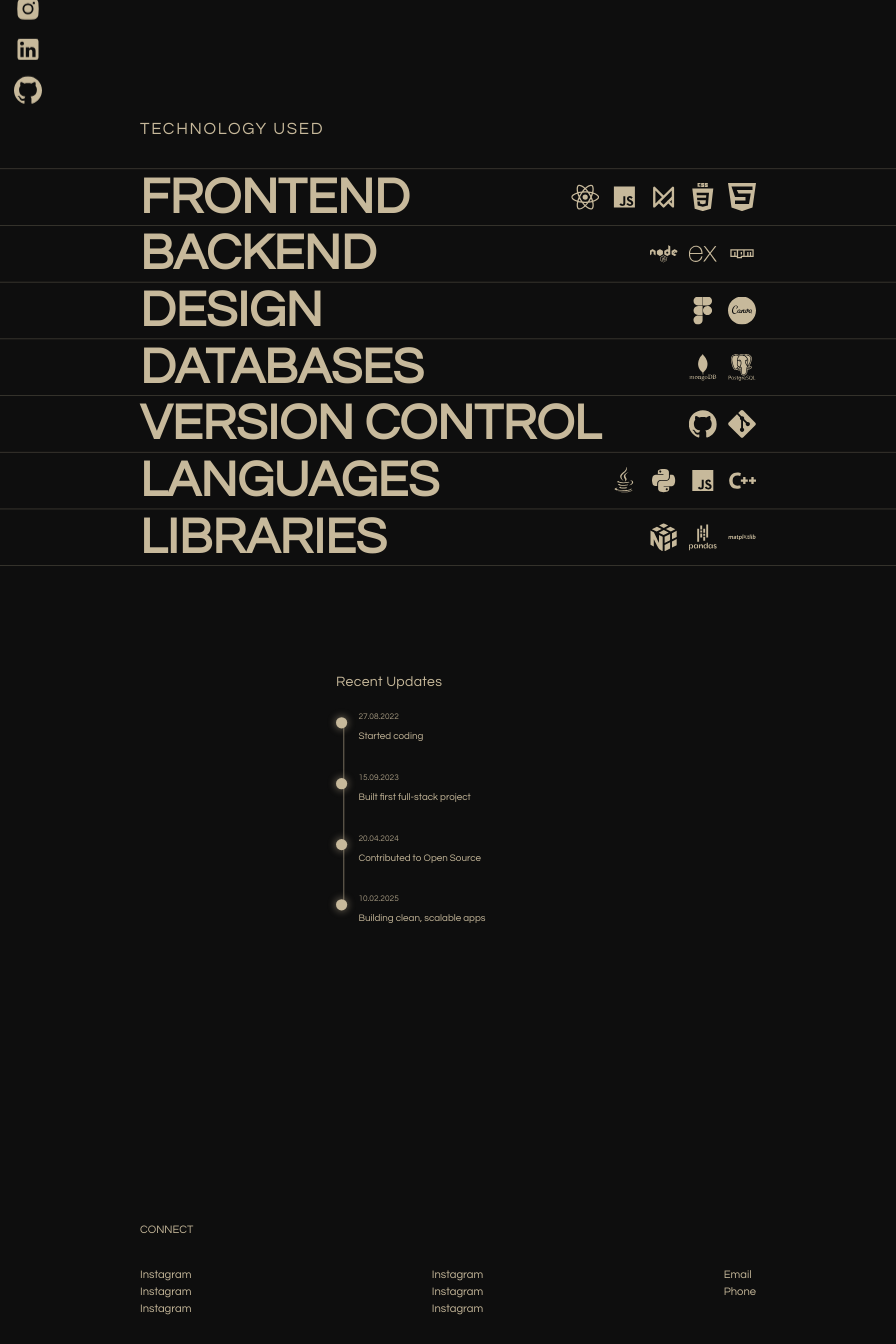
Repository: divyamGNH/DivyamPF
Page: /about
An editor plug-in stored every save of this project. The page is shown before and after the next save, followed by the edit.
The browser window is 1280 px wide. The pictures show the part of the page from y = 552 to 2472 px (the page is 2472 px tall), at 70% of full size.
Pictures or frames that could not be fetched are drawn as grey boxes. The project was rebuilt for these pictures with package versions that can differ from the ones it lists, and the page was loaded fresh each time. Also part of the build but not shown: vite.config.js, src/pages/Landing.jsx, src/pages/TopProjects.jsx, src/animations/ScrolltoAnimate.jsx, src/pages/Home.jsx.

Above is the page before, as saved 2025-12-04 18:43:08.

### index.html
<!doctype html>
<html lang="en">
  <head>
    <meta charset="UTF-8" />
    <meta name="viewport" content="width=device-width, initial-scale=1.0" />
    <title>DivyamPF</title>
    <link href="https://fonts.googleapis.com/css2?family=Poppins:wght@100..900&family=Questrial&display=swap" rel="stylesheet">
  </head>
  <body>
    <div id="root"></div>
    <script type="module" src="/src/main.jsx"></script>
  </body>
</html>

### src/App.jsx
import { BrowserRouter as Router, Routes, Route } from "react-router-dom";
import "./App.css";

import Home from "./pages/Home";
// import { MouseProvider } from "./Context/MouseContext.jsx";
import About from "./pages/About.jsx";

import useMouseTracking from "./Hooks/useMouseTracking.js";
import CursorFollower from "./components/CursorFollower.jsx";

function App() {

  useMouseTracking();

  return (
      <Router>
        <CursorFollower/>

        <Routes>
          <Route path="/" element={<Home />} />
          <Route path="/about" element={<About />} />
          {/* <Route path="/contact" element={<Contact />} /> */}
        </Routes>
      </Router>
  );
}

export default App;

### src/index.css
@import url('https://fonts.googleapis.com/css2?family=Poppins:wght@100..900&family=Questrial&display=swap');
@import "tailwindcss";

body {
  margin: 0;
  background-color: #0E0E0E;
  font-family: 'Questrial', sans-serif;
}

### src/App.css
/* .mask {
  width: 100vw;
  height: 100vh;
  z-index: 2;
  background-color: var(--defaultOrange);

  mask-image: url("/mask.svg");
  mask-repeat: no-repeat;
  mask-position: 0 0;

  /* -webkit-mask-image: url("/mask.svg");
  -webkit-mask-repeat: no-repeat;
  -webkit-mask-size: 40px;
  -webkit-mask-position: 0 0; */
/* } */

.mask {
  position: absolute;
  /* top: 0;
  left: 0; */
  width: 100%;
  height: 100%;
  z-index: 2;   /* Very high so it stays above */

  background-color: var(--defaultOrange);

  mask-image: url("/mask.svg");
  mask-repeat: no-repeat;
  mask-position: 0 0;
}

### src/pages/About.jsx
import Socials from "./Socials";
import Navigations from "./Navigations";
import AboutLanding from "./AboutLanding";
import MaskLayer from "../components/MaskLayer";
import TechStack from "./TechStack";
import Footer from "./Footer";
import TimeLine from "./TimeLine.jsx";

const About = () => {
  return (
    <div>
      <Socials />
      <Navigations />
      <AboutLanding/>
      <TechStack/>
      <div className="h-[10vh]"></div>
      <TimeLine/>
      <div className="h-[20vh]"></div>
      <Footer/>
    </div>
  );
};

export default About;

### src/Hooks/useMouseTracking.js
import {useEffect} from "react";
import useMouseStore from "../Store/useMouseStore";

const useMouseTracking = ()=>{
    const setPosition = useMouseStore(state => state.setPosition);

    useEffect(()=>{
        const handleMouseMove = (e) => {
            setPosition(e.clientX, e.clientY);
        };

        window.addEventListener('mousemove', handleMouseMove);

        return () => {
            window.removeEventListener('mousemove', handleMouseMove);
        };
    },[setPosition]);
}

export default useMouseTracking;

### src/components/CursorFollower.jsx
import { motion } from 'framer-motion';
import useMouseStore from '../Store/useMouseStore.js';

const CursorFollower = () => {
  const x = useMouseStore(state => state.x);
  const y = useMouseStore(state => state.y);

  return (
    <>
      <motion.div
        className="cursor-circle"
        style={{
          position: 'fixed',
          width: '40px',
          height: '40px',
          borderRadius: '50%',
          backgroundColor: '#E74C3C',
          pointerEvents: 'none',
          zIndex: 1,            // 🔥 UPDATED HERE
          // mixBlendMode: 'difference',
        }}
        animate={{
          left: x - 20,
          top: y - 20,
        }}
        transition={{
          type: 'spring',
          stiffness: 500,
          damping: 28,
          mass: 0.5,
        }}
      />
    </>
  );
};

export default CursorFollower;

### src/pages/Footer.jsx
import React from "react";

function Footer() {
  return (
    <div id="footer">
      <div className="text-[#C7B99B] px-50 mb-10 text-base">
        <p className="text-[#C7B99B] mb-10 text-base">CONNECT</p>
        <div className="flex flex-row justify-between">
          <div className="flex flex-col justify-center text-center">
            <a href="" className="text-base">Instagram</a>
            <a href="" className="text-base">Instagram</a>
            <a href="" className="text-base">Instagram</a>
          </div>

          <div className="flex flex-col">
            <a href="" className="text-base">Instagram</a>
            <a href="" className="text-base">Instagram</a>
            <a href="" className="text-base">Instagram</a>
          </div>

          <div className="flex flex-col">
            <p className="text-base">Email</p>
            <p className="text-base">Phone</p>
          </div>
        </div>
      </div>
    </div>
  );
}

export default Footer;

### src/pages/Socials.jsx
const Socials = () => {
  return (
    <div>
      <div className="fixed bottom-5 left-5 flex flex-col gap-4.5 z-50">
        <a href="https://www.instagram.com/_divyamk15_/" target="_blank" rel="noopener noreferrer">
          <img src="/instaIcon.svg" alt="Instagram" className="gap-4.5 size-10"/>
        </a>
        <a href="https://www.linkedin.com/in/divyam-khandelwal-b54594338/" target="_blank" rel="noopener noreferrer">
          <img src="/linkedinIcon.svg" alt="LinkedIn" className="gap-4.5 size-10"/>
        </a>
        <a href="http://github.com/divyamGNH" target="_blank" rel="noopener noreferrer">
          <img src="/github.svg" alt="GitHub" className="gap-4.5 size-10"/>
        </a>
      </div>
    </div>
  );
};

export default Socials;

### src/pages/Navigations.jsx
import { animate } from "framer-motion";

const Navigations = () => {
  const handleScroll = () => {
    const footer = document.getElementById("footer");
    if (footer) {
      const targetY = footer.getBoundingClientRect().top + window.pageYOffset;

      animate(window.scrollY, targetY, {
        duration: 1.2,
        ease: [0.42, 0, 0.58, 1], // easeInOut (cubic-bezier curve)

        //This line actually carries the animation visually like updates the animation frame by frame.
        onUpdate: (latest) => window.scrollTo(0, latest),
      });
    }
  };

  return (
    <div className="text-[#C7B99B]">
      <div className="fixed flex flex-col tracking-tighter right-10 top-10 gap-0.8 z-50">
        <a href="/">HOME</a>
        <a href="/about">ABOUT</a>
        <a href="/projects">PROJECTS</a>
        <a onClick={ handleScroll}>
          CONTACT
        </a>
      </div>
    </div>
  );
};

export default Navigations;

### src/pages/AboutLanding.jsx
"use client";

import MaskLayer from "../components/MaskLayer.jsx";
import useMouseStore from "../Store/useMouseStore";

function AboutLanding() {
  const setHover = useMouseStore((s) => s.setHover);

  return (
    <div className="relative h-screen w-full font-[Questrial] bg-[#0E0E0E]">
      <div className="relative h-full w-full">
        <MaskLayer>

          {/* Hover on the hidden text area */}
          <div
            onMouseEnter={() => setHover(true)}
            onMouseLeave={() => setHover(false)}
            className="
              absolute top-1/2 left-1/2
              -translate-x-1/2 -translate-y-1/2
              pointer-events-auto
              p-0
              inline-block
            "
            style={{
              background: "transparent",
            }}
          >
            {/* ---------- HIDDEN TEXT (LEFT-ALIGNED) ---------- */}
            <div className="pointer-events-none max-w-[800px] text-left">
              <p className="text-[16px] text-black mb-[30px] text-center">ABOUT ME</p>

              <p className="text-5xl font-extrabold text-black m-0 p-0">
                I’ve shipped code at 2AM, broken production by accident, and Googled
                the same bug five times — but hey, that’s how the magic really happens.
              </p>
            </div>
          </div>

        </MaskLayer>

        {/* ---------- VISIBLE TEXT (LEFT-ALIGNED like original) ---------- */}
        <div className="
          absolute top-1/2 left-1/2
          -translate-x-1/2 -translate-y-1/2
          z-[1] max-w-[800px] text-left
        ">
          <p className="text-[16px] text-[#C7B99B] mb-[30px] text-center">
            ABOUT ME
          </p>

          <p className="text-5xl font-extrabold text-[#C7B99B] mt-0 leading-none">
            I’m a curious <span className="text-[#E74C3C]">full-stack developer </span>
            who loves turning <span className="text-[#E74C3C]">ideas</span> into slick,
            useful things — with <span className="text-[#E74C3C]">clean code, smart logic</span>,
            and a little caffeine magic.
          </p>
        </div>

      </div>
    </div>
  );
}

export default AboutLanding;

### src/components/MaskLayer.jsx
import { motion } from "framer-motion";
import useMouseStore from "../Store/useMouseStore.js";

const MaskLayer = ({ children }) => {
  const { x, y, hover } = useMouseStore();

  const size = hover ? 400 : 40;

  return (
    <motion.div
      className="mask"
      style={{
        backgroundColor: hover ? "#E74C3C" : "transparent",
      }}
      animate={{
        WebkitMaskPosition: `${x - size / 2}px ${y - size / 2}px`,
        MaskPosition: `${x - size / 2}px ${y - size / 2}px`,
        WebkitMaskSize: `${size}px`,
      }}
      transition={{ type: "tween", ease: "backOut" }}
    >
      {children}
    </motion.div>
  );
};

export default MaskLayer;

### src/pages/TechStack.jsx
// Helper function to render icons
function renderIcons(icons) {
  return icons.map((icon, index) => (
    <a
      key={index}
      href={icon.link}
      target="_blank"
      rel="noopener noreferrer"
    >
      <img src={icon.src} alt={icon.alt || "icon"} className="h-10 w-10" />
    </a>
  ));
}

function StackBlock(props) {
  return (
    <div>
      <div className="flex flex-row justify-between items-center px-50">
        <p className="text-7xl font-extrabold ml-0 pl-0 uppercase pt-1 pb-1">{props.name}</p>

        <div className="flex gap-4">
          {renderIcons(props.icons)}
        </div>
      </div>
      <hr className="opacity-30" />
    </div>
  );
}

const TechStack = () => {
  const techStacks = [
    {
      name: "FrontEnd",
      icons: [
        { src: "/reactIcon.svg", link: "https://reactjs.org/", alt: "React" },
        { src: "/jsIcon.svg", link: "https://developer.mozilla.org/en-US/docs/Web/JavaScript", alt: "JavaScript" },
        { src: "/framerIcon.svg", link: "https://www.framer.com/motion/", alt: "Framer Motion" },
        { src: "/cssIcon.svg", link: "https://developer.mozilla.org/en-US/docs/Web/CSS", alt: "CSS" },
        { src: "/htmlIcon.svg", link: "https://developer.mozilla.org/en-US/docs/Web/HTML", alt: "HTML" },
      ],
    },
    {
      name: "BackEnd",
      icons: [
        { src: "/nodeIcon.svg", link: "https://nodejs.org/", alt: "Node.js" },
        { src: "/expressIcon.svg", link: "https://expressjs.com/", alt: "Express.js" },
        { src: "/npmIcon.svg", link: "https://www.npmjs.com/", alt: "npm" },
      ],
    },
    {
      name: "Design",
      icons: [
        { src: "/figmaIcon.svg", link: "https://www.figma.com/", alt: "Figma" },
        { src: "/canvaIcon.svg", link: "https://www.canva.com/", alt: "Canva" },
      ],
    },
    {
      name: "DataBases",
      icons: [
        { src: "/mongodbIcon.svg", link: "https://www.mongodb.com/", alt: "MongoDB" },
        { src: "/postgresIcon.svg", link: "https://www.postgresql.org/", alt: "PostgreSQL" },
      ],
    },
    {
      name: "Version Control",
      icons: [
        { src: "/github.svg", link: "https://github.com/", alt: "GitHub" },
        { src: "/gitIcon.svg", link: "https://git-scm.com/", alt: "Git" },
      ],
    },
    {
      name: "Languages",
      icons: [
        { src: "/javaIcon.svg", link: "https://www.oracle.com/java/", alt: "Java" },
        { src: "/pythonIcon.svg", link: "https://www.python.org/", alt: "Python" },
        { src: "/jsIcon.svg", link: "https://developer.mozilla.org/en-US/docs/Web/JavaScript", alt: "JavaScript" },
        { src: "/cppIcon.svg", link: "https://isocpp.org/", alt: "C++" },
      ],
    },
    {
      name: "Libraries",
      icons: [
        { src: "/numpyIcon.svg", link: "https://numpy.org/", alt: "NumPy" },
        { src: "/pandasIcon.svg", link: "https://pandas.pydata.org/", alt: "Pandas" },
        { src: "/matplotlibIcon.svg", link: "https://matplotlib.org/", alt: "Matplotlib" },
      ],
    },

    // Add more stacks as needed
  ];

  return (
    <div className="text-[#C7B99B]">
      <p className="text-2xl text-[#C7B99B] px-50 mb-10 tracking-widest">
        TECHNOLOGY USED
      </p>
      <div>
        <hr className="opacity-30" />
        {techStacks.map((stack, index) => (
          <StackBlock key={index} name={stack.name} icons={stack.icons} />
        ))}
      </div>
    </div>
  );
};

export default TechStack;

### src/pages/TimeLine.jsx
const TimelineItem = ({ date, text, isLast }) => {
  return (
    <li className="relative pl-8 pb-10 group">

      {/* Line */}
      {!isLast && (
        <span className="absolute left-[10px] top-4 h-full w-[2px] bg-[#C7B99B]/40" />
      )}

      {/* Dot */}
      <span
        className="
          absolute left-0 top-2 h-4 w-4 rounded-full
          bg-[#C7B99B]
          shadow-[0_0_10px_2px_rgba(199,185,155,0.4)]
          group-hover:shadow-[0_0_14px_4px_rgba(199,185,155,0.7)]
          transition-all
        "
      />

      {/* Text */}
      <div className="text-[#C7B99B]">
        <p className="text-xs opacity-80">{date}</p>
        <p className="mt-2 text-sm leading-relaxed">{text}</p>
      </div>
    </li>
  );
};

const Timeline = () => {
  const items = [
    { date: "27.08.2022", text: "Started coding" },
    { date: "15.09.2023", text: "Built first full-stack project" },
    { date: "20.04.2024", text: "Contributed to Open Source" },
    { date: "10.02.2025", text: "Building clean, scalable apps" },
  ];

  return (
    <section className="min-h-screen flex justify-center pt-20">
      <div className="w-80">
        <h2 className="text-xl text-[#C7B99B] mb-7 font-light tracking-wide">
          Recent Updates
        </h2>

        <ul>
          {items.map((item, i) => (
            <TimelineItem
              key={i}
              date={item.date}
              text={item.text}
              isLast={i === items.length - 1}
            />
          ))}
        </ul>
      </div>
    </section>
  );
};

export default Timeline;

### src/Store/useMouseStore.js
import { create } from "zustand";

const useMouseStore = create((set) => ({
  // State
  x: 0,
  y: 0,
  hover: false,   // NEW BOOLEAN STATE

  // Actions
  setPosition: (x, y) => set({ x, y }),
  setHover: (value) => set({ hover: value }),  // NEW ACTION
}));

export default useMouseStore;

Loaded but not shown: src/main.jsx (common file)

After the next save:
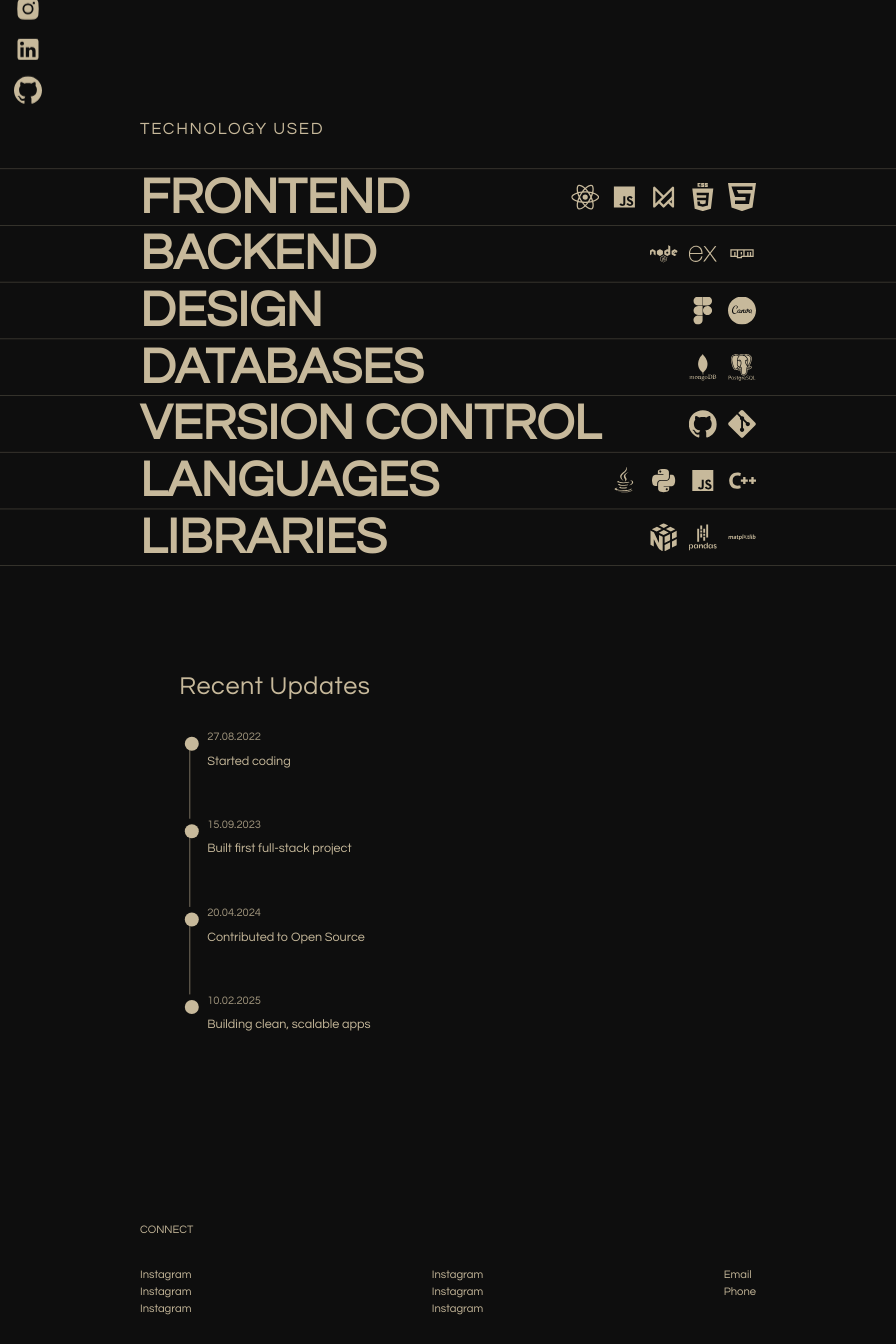
Saved 105 s later.
--- a/src/pages/TimeLine.jsx
+++ b/src/pages/TimeLine.jsx
@@ -1,27 +1,25 @@
 const TimelineItem = ({ date, text, isLast }) => {
   return (
-    <li className="relative pl-8 pb-10 group">
+    <li className="relative pl-10 pb-12">
 
-      {/* Line */}
+      {/* Vertical line centered through dot */}
       {!isLast && (
-        <span className="absolute left-[10px] top-4 h-full w-[2px] bg-[#C7B99B]/40" />
+        <span className="absolute left-[14px] top-5 h-full w-[2px] bg-[#C7B99B]/40" />
       )}
 
       {/* Dot */}
       <span
         className="
-          absolute left-0 top-2 h-4 w-4 rounded-full
+          absolute left-2 top-3
+          h-5 w-5 rounded-full
           bg-[#C7B99B]
-          shadow-[0_0_10px_2px_rgba(199,185,155,0.4)]
-          group-hover:shadow-[0_0_14px_4px_rgba(199,185,155,0.7)]
-          transition-all
         "
       />
 
       {/* Text */}
       <div className="text-[#C7B99B]">
-        <p className="text-xs opacity-80">{date}</p>
-        <p className="mt-2 text-sm leading-relaxed">{text}</p>
+        <p className="text-sm md:text-base opacity-80">{date}</p>
+        <p className="mt-2 text-sm md:text-lg leading-relaxed">{text}</p>
       </div>
     </li>
   );
@@ -36,13 +34,14 @@
   ];
 
   return (
-    <section className="min-h-screen flex justify-center pt-20">
-      <div className="w-80">
-        <h2 className="text-xl text-[#C7B99B] mb-7 font-light tracking-wide">
+    <section className="min-h-screen flex justify-center pt-20 px-4">
+      <div className="w-full max-w-xl md:max-w-2xl lg:max-w-3xl">
+
+        <h2 className="text-2xl md:text-3xl lg:text-4xl text-[#C7B99B] mb-10 font-light tracking-wide">
           Recent Updates
         </h2>
 
-        <ul>
+        <ul className="space-y-2 md:space-y-4">
           {items.map((item, i) => (
             <TimelineItem
               key={i}
@@ -52,6 +51,7 @@
             />
           ))}
         </ul>
+
       </div>
     </section>
   );
